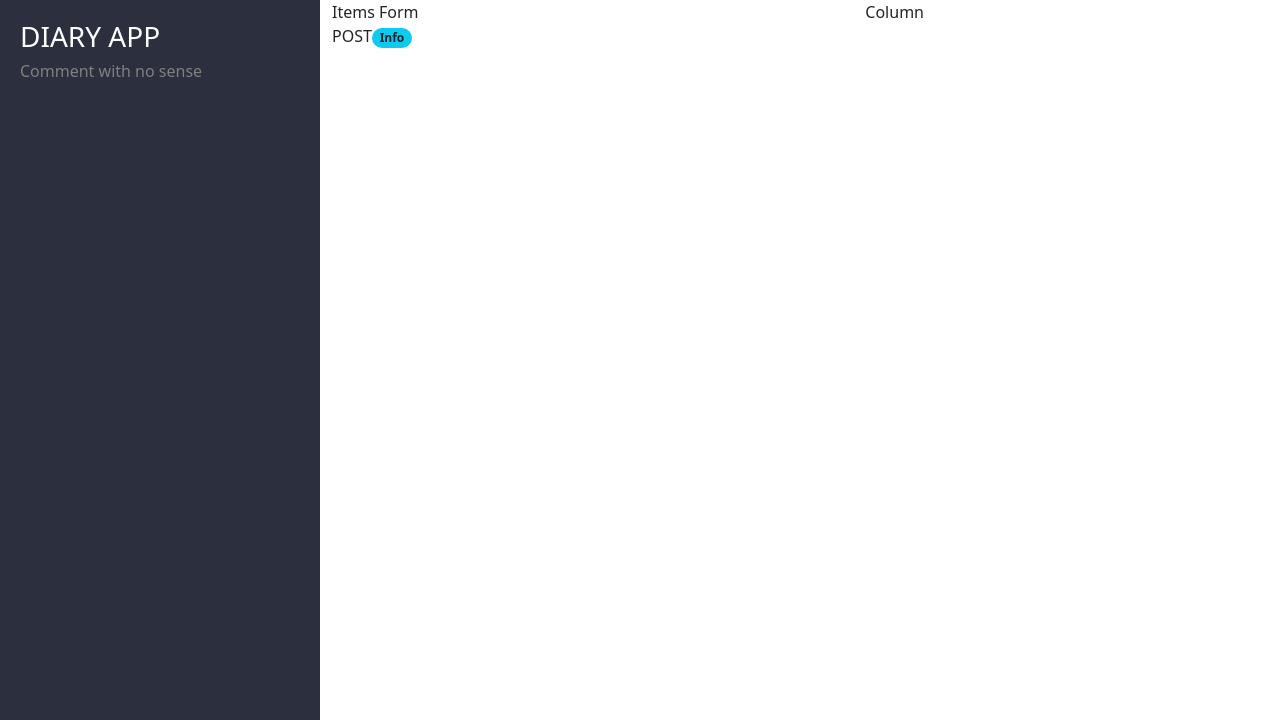
Repository: tsydikov/diary
Page: /
These files come from the project's save history. The page is drawn as it stood at one moment and after the next save; the edit follows.
The browser window is 1280 px wide. The pictures show the whole page.
The project was rebuilt for these pictures with package versions that can differ from the ones it lists, and the page was loaded fresh each time.

Above is the page before, as saved 2021-09-10 19:17:21.

### public/index.html
<!DOCTYPE html>
<html lang="en">
  <head>
    <meta charset="utf-8" />
    <meta name="viewport" content="width=device-width, initial-scale=1" />
    <link href="https://cdn.jsdelivr.net/npm/bootstrap@5.1.1/dist/css/bootstrap.min.css" rel="stylesheet" integrity="sha384-F3w7mX95PdgyTmZZMECAngseQB83DfGTowi0iMjiWaeVhAn4FJkqJByhZMI3AhiU" crossorigin="anonymous">
    <title>Diary App</title>
  </head>
  <body>
    <noscript>You need to enable JavaScript to run this app.</noscript>
    <div id="root"></div>
  </body>
</html>

### src/App.js
import React from "react";
import Navbar from "./UI/Navbar/Navbar";

function App() {
  return (
    <div class="container-fluid" >
      <div class="row " >
        <div class="col-3 px-0" >
          <Navbar />
    </div>
        <div class="col-5">
          Items
          Form
          <div>
            <div>
              POST<span class="badge rounded-pill bg-info text-dark">Info</span>
            </div>
          </div>
    </div>
        <div class="col-4">
          Column
    </div>
      </div>
    </div>
  );
}

export default App;

### src/UI/Navbar/Navbar.jsx
import React from 'react';
import cl from './Navbar.module.css'
// style={{background:'red'}}
const Navbar = () => {
    return (
        <div className={cl.container} >
            <h1>diary app</h1>
            <h3>Comment with no sense</h3>
        </div>
    );
};

export default Navbar;

### src/UI/Navbar/Navbar.module.css
.container {
    background: #2b2f3e;
    height: 100vh;
    padding: 20px;
    /* width: initial; */
}

.container h1 {
    text-transform: uppercase;
    color:white;
    font-size: 28px;
    font-weight:200;
}

.container h3 {
    color:grey;
    font-size: 16px;
    font-weight:200;
}

Loaded but not shown: src/index.js (common file)

After the next save:
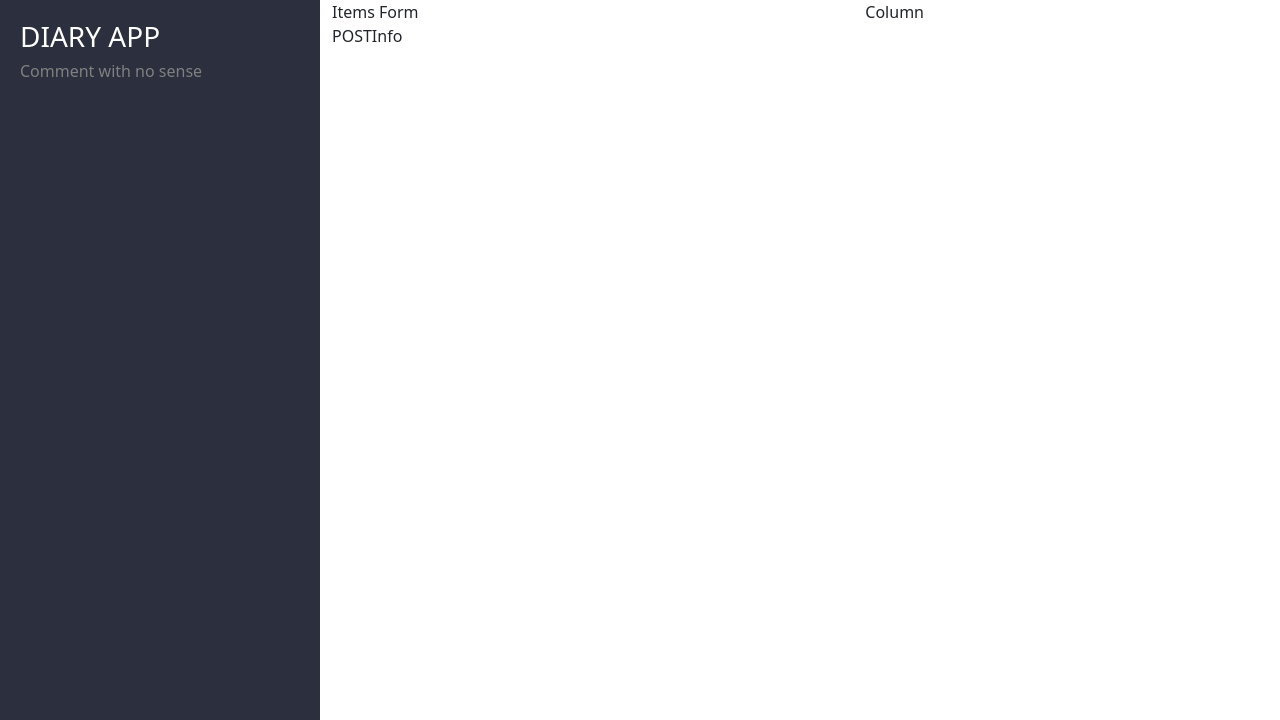
Saved 66 s later.
--- a/src/App.js
+++ b/src/App.js
@@ -13,7 +13,7 @@ function App() {
           Form
           <div>
             <div>
-              POST<span class="badge rounded-pill bg-info text-dark">Info</span>
+              POST<span>Info</span>
             </div>
           </div>
     </div>
